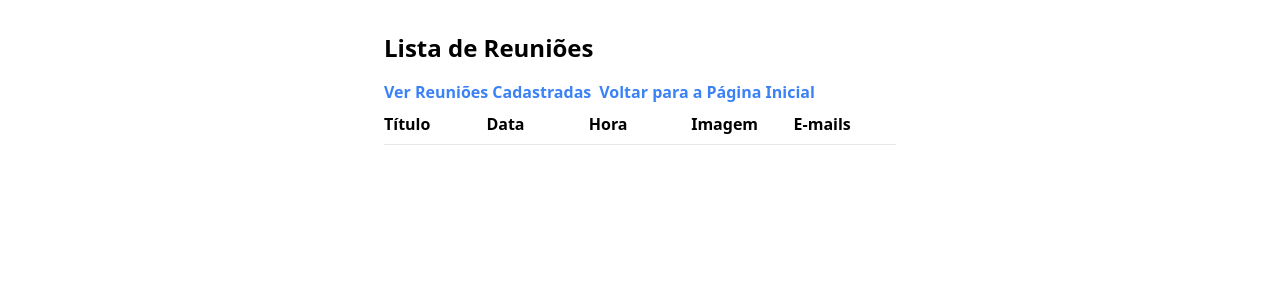
Repository: TamiBeira/meeting
Page: /meetings
These files come from the project's save history. The page is drawn as it stood at one moment and after the next save; the edit follows.
The browser window is 1280 px wide. The pictures show the whole page.
The project was rebuilt for these pictures with package versions that can differ from the ones it lists, and the page was loaded fresh each time. Also part of the build but not shown: vite.config.ts, src/contexts/FormContext.tsx, src/components/Form.tsx, src/components/HomePage.tsx.

Above is the page before, as saved 2024-02-26 23:08:02.

After the next save:
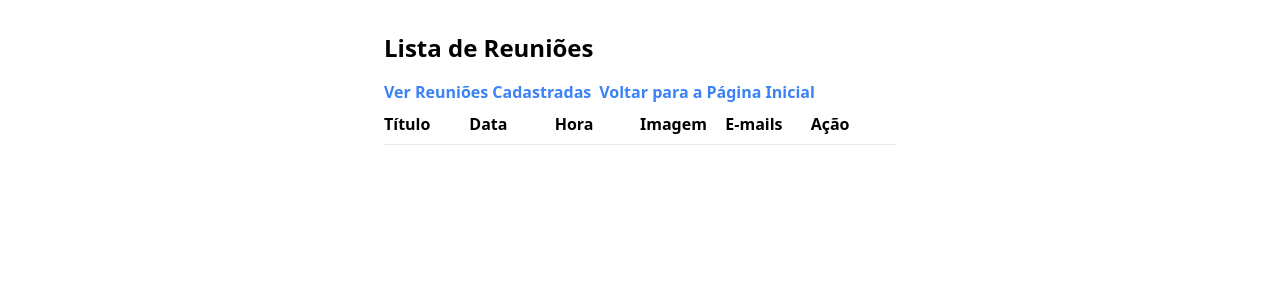
Saved 80 s later.
--- a/src/components/MeetingsView.tsx
+++ b/src/components/MeetingsView.tsx
@@ -29,6 +29,7 @@ export const MeetingsView: React.FC = () => {
           <div className="w-1/5">Hora</div>
           <div className="w-1/5">Imagem</div>
           <div className="w-1/5">E-mails</div>
+          <div className="w-1/5">Ação</div> {/* Nova coluna para ação */}
         </li>
         {meetings.map((meeting, index) => (
           <li key={index} className="border-b border-gray-200 py-4 flex flex-col sm:flex-row items-start sm:items-center">
@@ -85,18 +86,20 @@ export const MeetingsView: React.FC = () => {
                   <img src={meeting.imagem} alt="Imagem da reunião" width={50} height={50} className="max-w-xs mx-auto mt-2" />
                 </div>
                 <div className="w-1/5">{Array.isArray(meeting.emails) ? meeting.emails.join(', ') : ''}</div>
-                <div>
+                <div className="w-1/5">
                   <button
                     onClick={() => handleEdit(index)}
                     className="text-blue-500 font-bold py-2 px-4 mr-2 rounded"
                   >
                     <FaEdit className="inline-block mr-1" />
+                    Editar
                   </button>
                   <button
                     onClick={() => handleDelete(index)}
                     className="text-red-500 font-bold py-2 px-4 rounded"
                   >
                     <FaTrash className="inline-block mr-1" />
+                    Excluir
                   </button>
                 </div>
               </>
